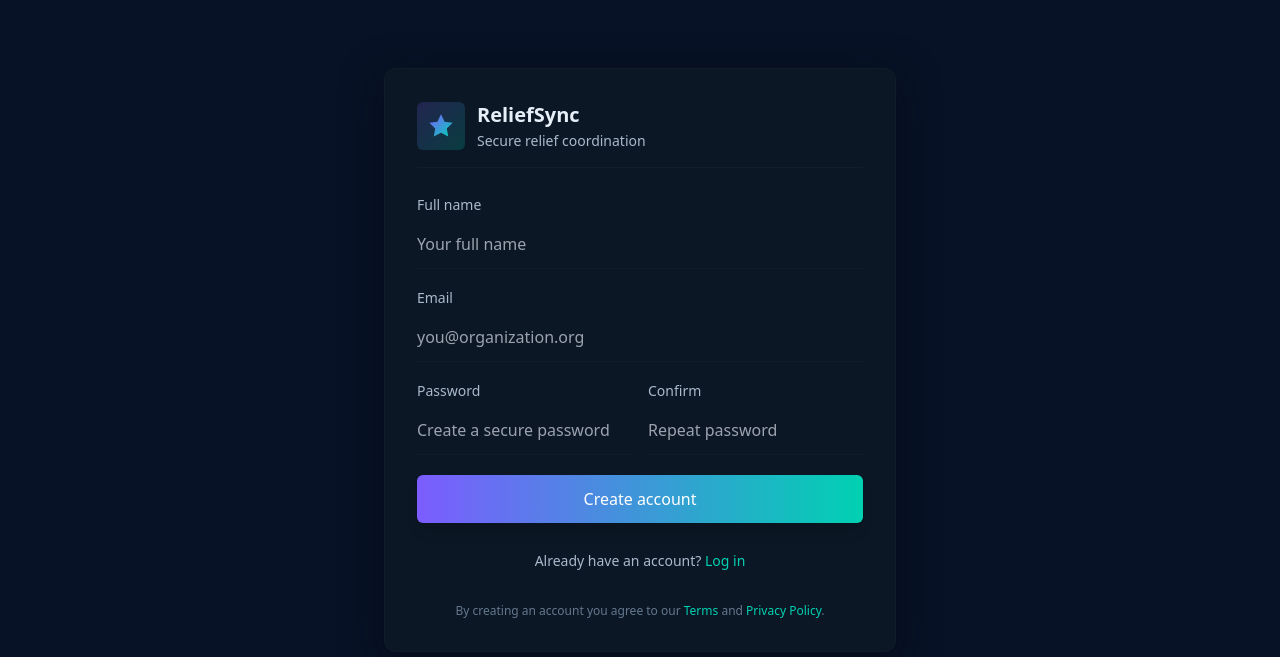
Repository: Gazal1116/Reliefsync
Page: / (app in Frontend/)
An editor plug-in stored every save of this project. The page is shown before and after the next save, followed by the edit.
The browser window is 1280 px wide. The pictures show the whole page.
The project was rebuilt for these pictures with package versions that can differ from the ones it lists, and the page was loaded fresh each time. Also part of the build but not shown: Frontend/vite.config.js.

Above is the page before, as saved 2026-03-02 22:19:39.

After the next save:
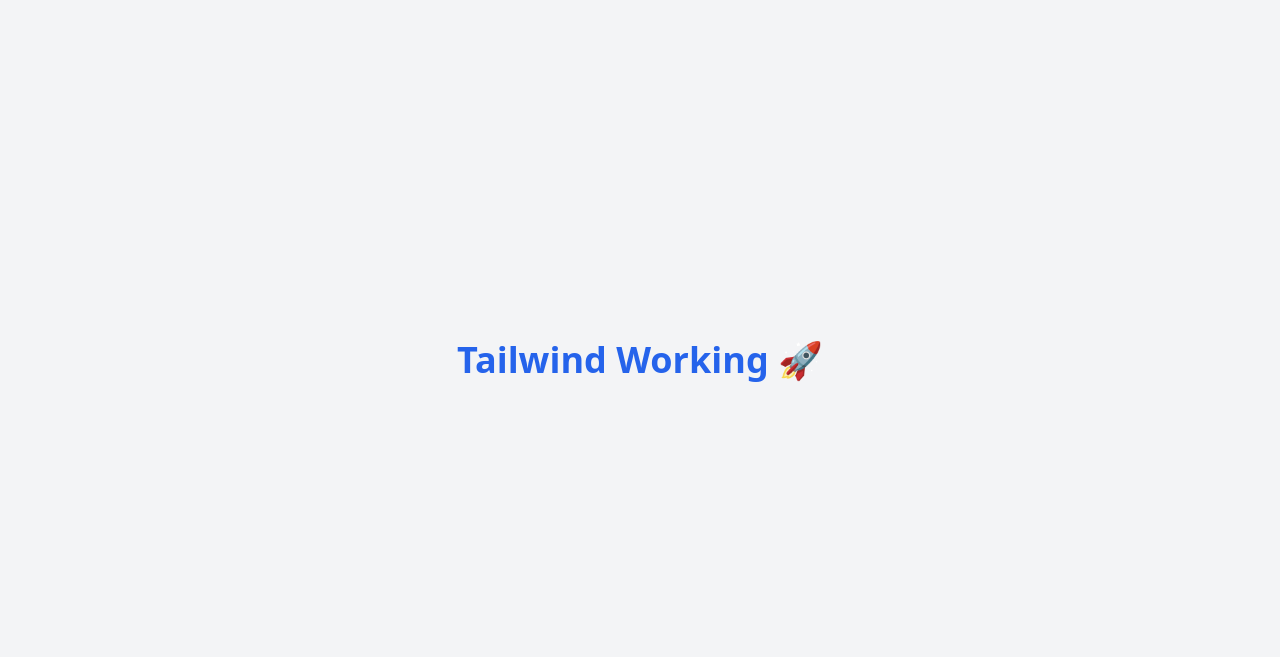
Saved 51 s later.
--- a/Frontend/src/App.jsx
+++ b/Frontend/src/App.jsx
@@ -1,9 +1,9 @@
-import Register from './components/register';
-
 function App() {
   return (
-    <div>
-      <Register />
+    <div className="flex items-center justify-center h-screen bg-gray-100">
+      <h1 className="text-4xl font-bold text-blue-600">
+        Tailwind Working 🚀
+      </h1>
     </div>
   );
 }
